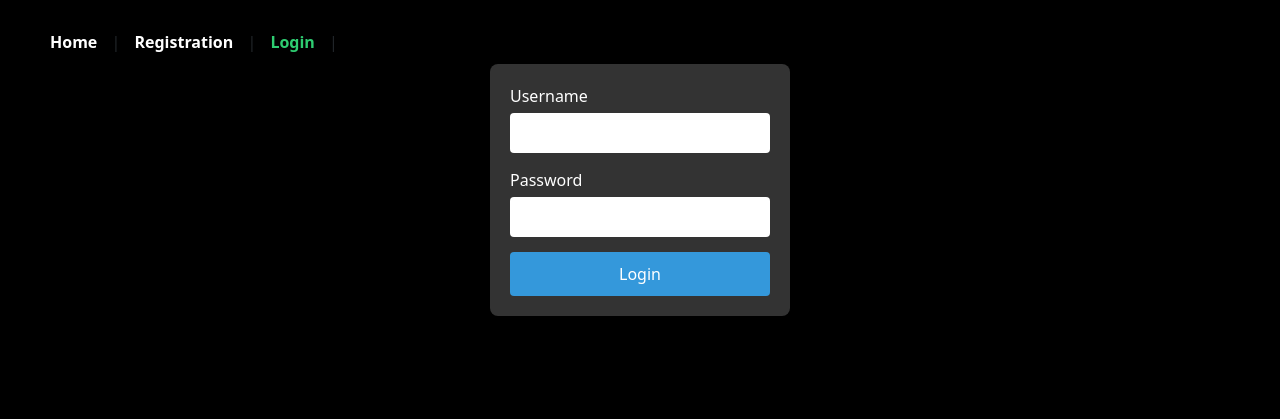
Repository: ag1372/RutgersHealthHackathon
Page: /login (app in ruhealthhack/)
The author's editor kept a copy of each file at every save. The page is drawn from the files as they stood at one save, then again after the next save.
The browser window is 1280 px wide. The pictures show the whole page.
The project was rebuilt for these pictures with package versions that can differ from the ones it lists, and the page was loaded fresh each time. Also part of the build but not shown: ruhealthhack/vue.config.js, ruhealthhack/views/Home.vue, ruhealthhack/views/Registration.vue.

Above is the page before, as saved 2023-11-04 17:11:34.

After the next save:
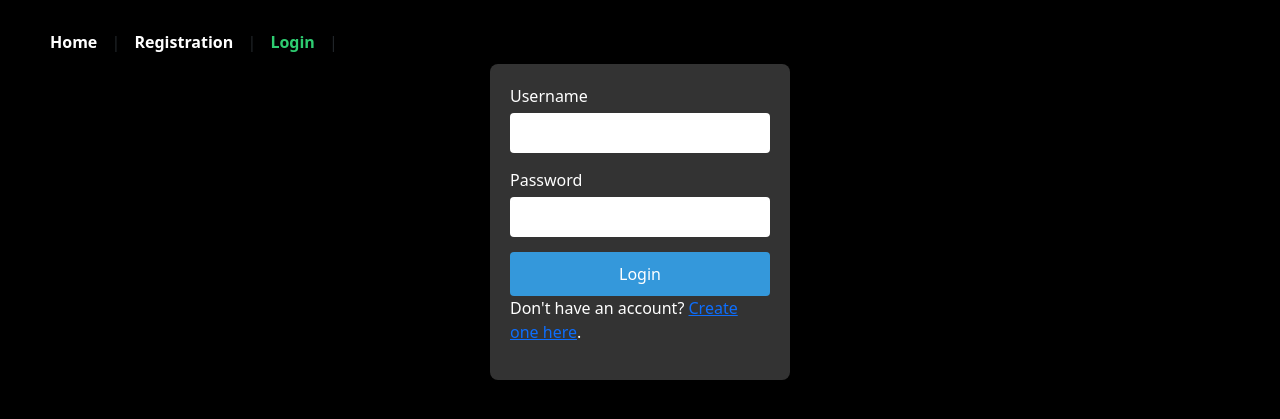
Saved 107 s later.
--- a/ruhealthhack/views/Login.vue
+++ b/ruhealthhack/views/Login.vue
@@ -11,6 +11,9 @@
         </div>
         <button type="submit">Login</button>
       </form>
+      <p>
+      Don't have an account? <router-link to="/registration">Create one here</router-link>.
+    </p>
     </div>
   </template>
 
